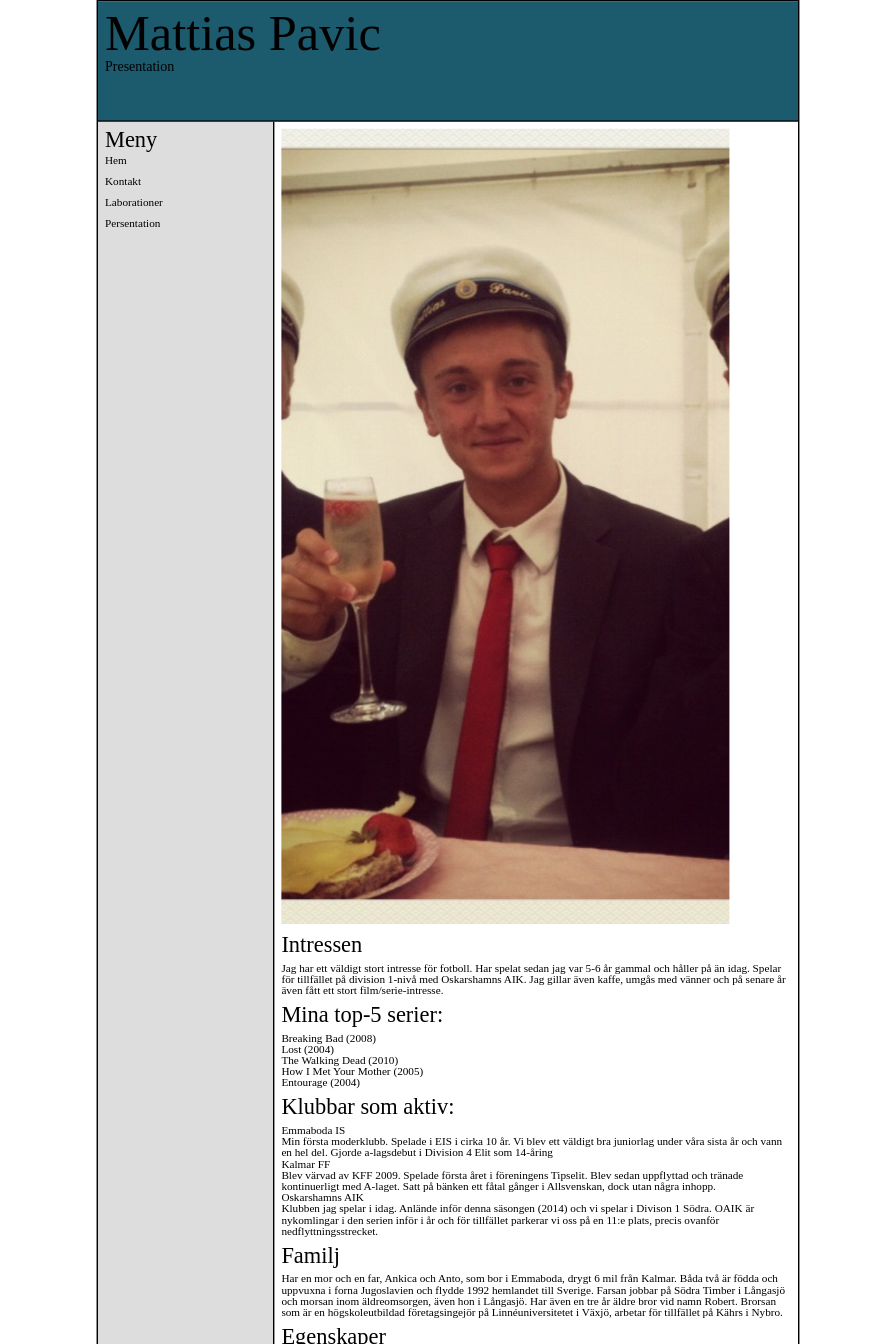
Repository: mp222sf/1ik415-laborationer
Page: pages/presentation.html
The author's editor kept a record of every edit. The page is drawn from the files as they stood at one moment, then again after the next edit.
The browser window is 1280 px wide. The pictures show the part of the page from y = 0 to 1920 px (the page is 2623 px tall), at 70% of full size.

Above is the page before.

After the next edit:
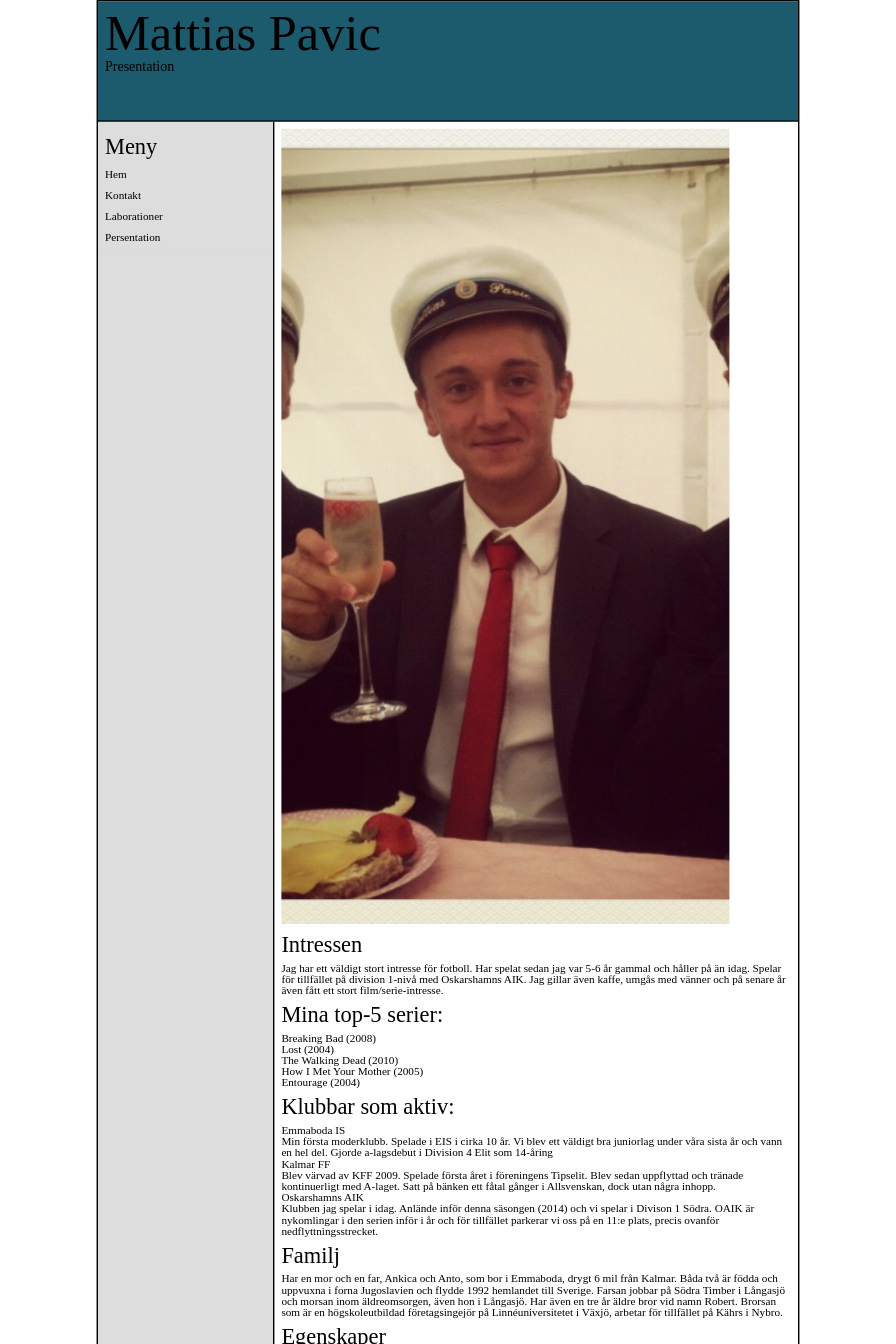
The edit:
--- a/css/style.css
+++ b/css/style.css
@@ -101,6 +101,8 @@
 }
 #navigation h4 {
    font-size:32px;
+    margin-bottom:10px;
+    margin-top:10px;
 }
 #navigation ul {
     list-style-type: square;
